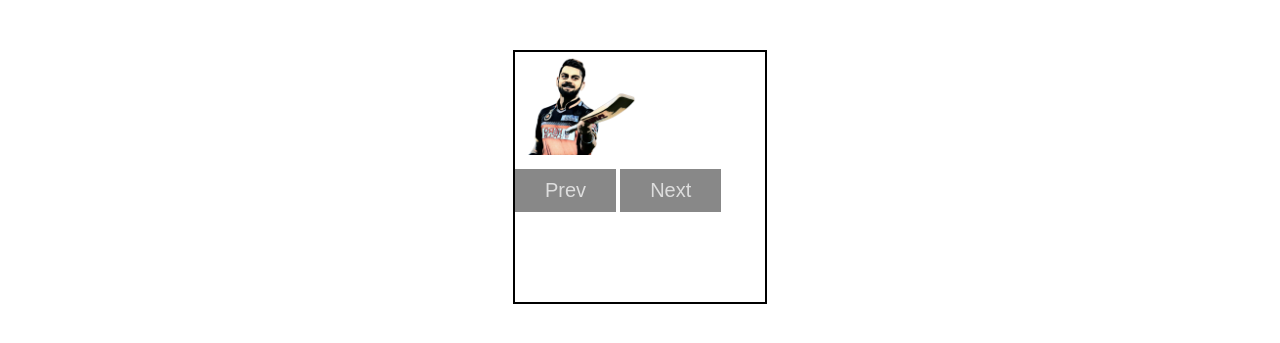
Repository: sandeepbayyam/javascript-assignments2
Page: galleryproject/index.html
An editor plug-in stored every save of this project. The page is shown before and after the next save, followed by the edit.
The browser window is 1280 px wide. The pictures show the whole page.

Above is the page before, as saved 2021-10-20 12:49:47.

After the next save:
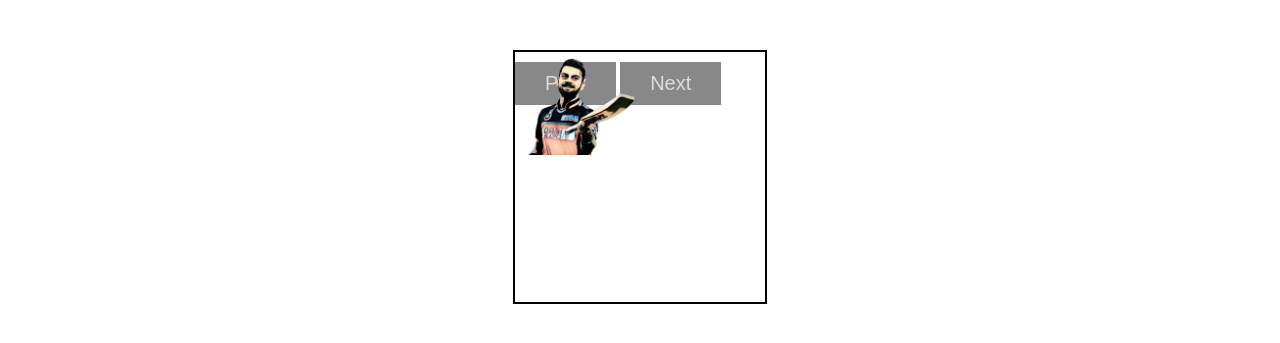
Saved 31 s later.
--- a/galleryproject/style.css
+++ b/galleryproject/style.css
@@ -4,7 +4,6 @@
     width: 250px;
     height: 250px;
     position: relative;
-    overflow: hidden;
     border: 2px solid black;
     margin: 50px auto;
 }
@@ -12,6 +11,7 @@
 .img-box img {
     width: 50%;
     box-sizing: border-box;
+    position: absolute;
 }
 
 .btn {
